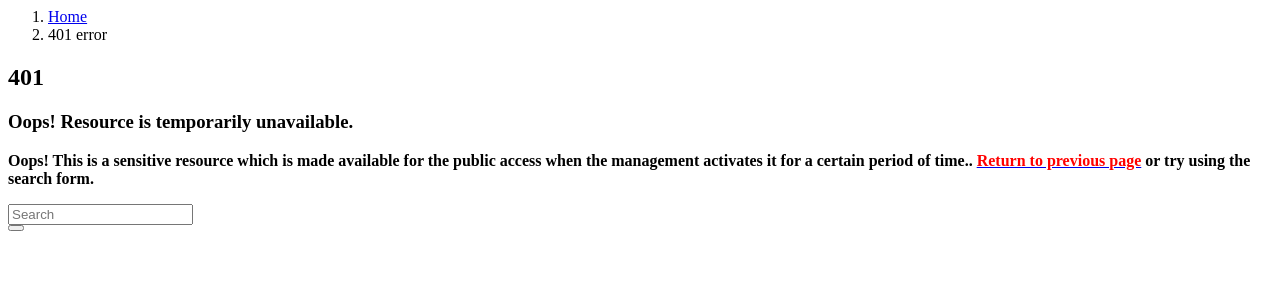
Repository: sanjeev167/IndiaOnLineVoting_3112020
Page: http://localhost/IndiaOnLineVoting/WEB-INF/jsp/resultNotPublished.jsp
An editor plug-in stored every save of this project. The page is shown before and after the next save, followed by the edit.
The browser window is 1280 px wide. The pictures show the whole page.
The page is served by Tomcat 9. Nobody is signed in. The template is opened directly, without the code that normally fills it, so the values that code supplies are empty.

Above is the page before, as saved 2020-11-10 16:39:53.

After the next save:
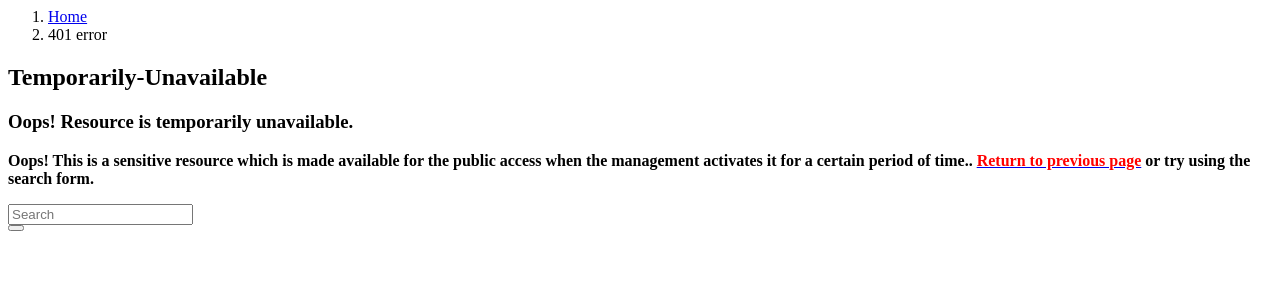
Saved 62 s later.
--- a/IndiaOnLineVoting/src/main/webapp/WEB-INF/jsp/resultNotPublished.jsp
+++ b/IndiaOnLineVoting/src/main/webapp/WEB-INF/jsp/resultNotPublished.jsp
@@ -18,7 +18,7 @@
 	<section class="content">
 
 		<div class="error-page">
-			<h2 class="headline text-red">401</h2>
+			<h2 class="headline text-red">Temporarily-Unavailable </h2>
 
 			<div class="error-content">
 				<h3>
